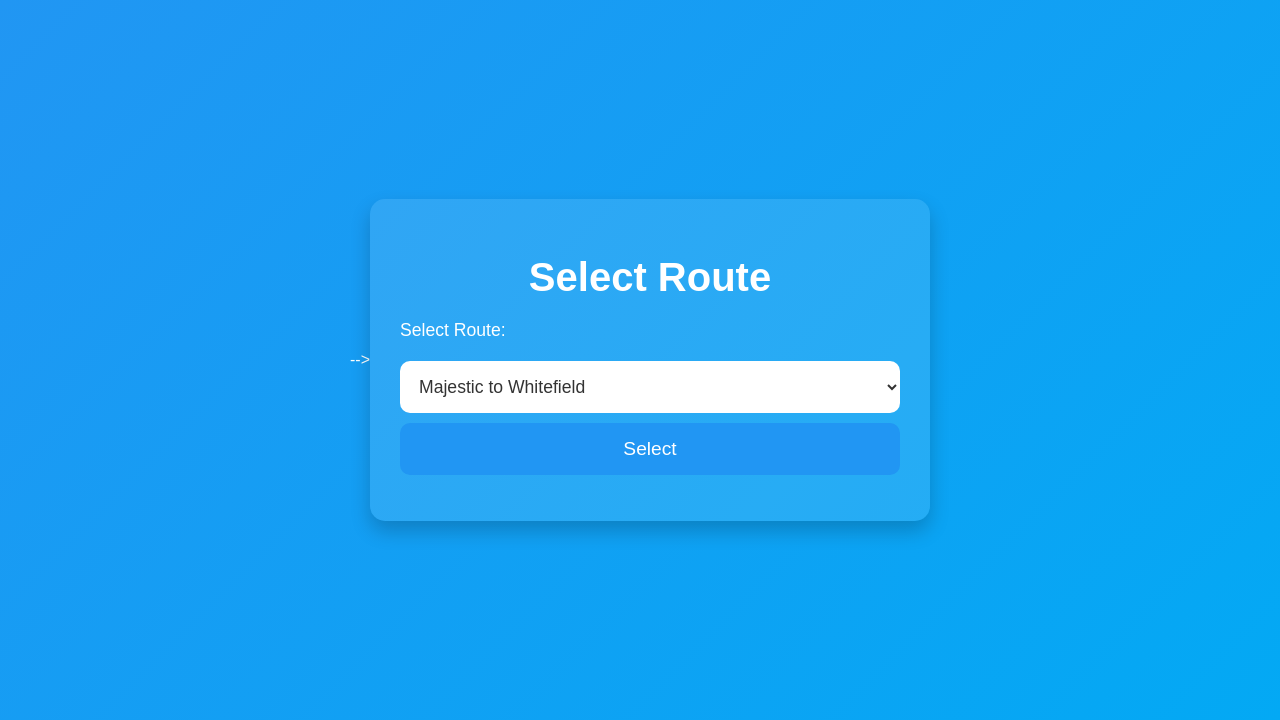
Repository: harutoNaiz/urban-mobility-system
Page: http://localhost/select_route
An editor plug-in stored every save of this project. The page is shown before and after a run of saves, followed by the edit.
The browser window is 1280 px wide. The pictures show the whole page.
The page is served by the project's application, run on Flask 3 (app.py). The database holds what the project's SQL file puts in it.

Above is the page before, as saved 2024-11-13 09:03:40.

After the next 2 saves:
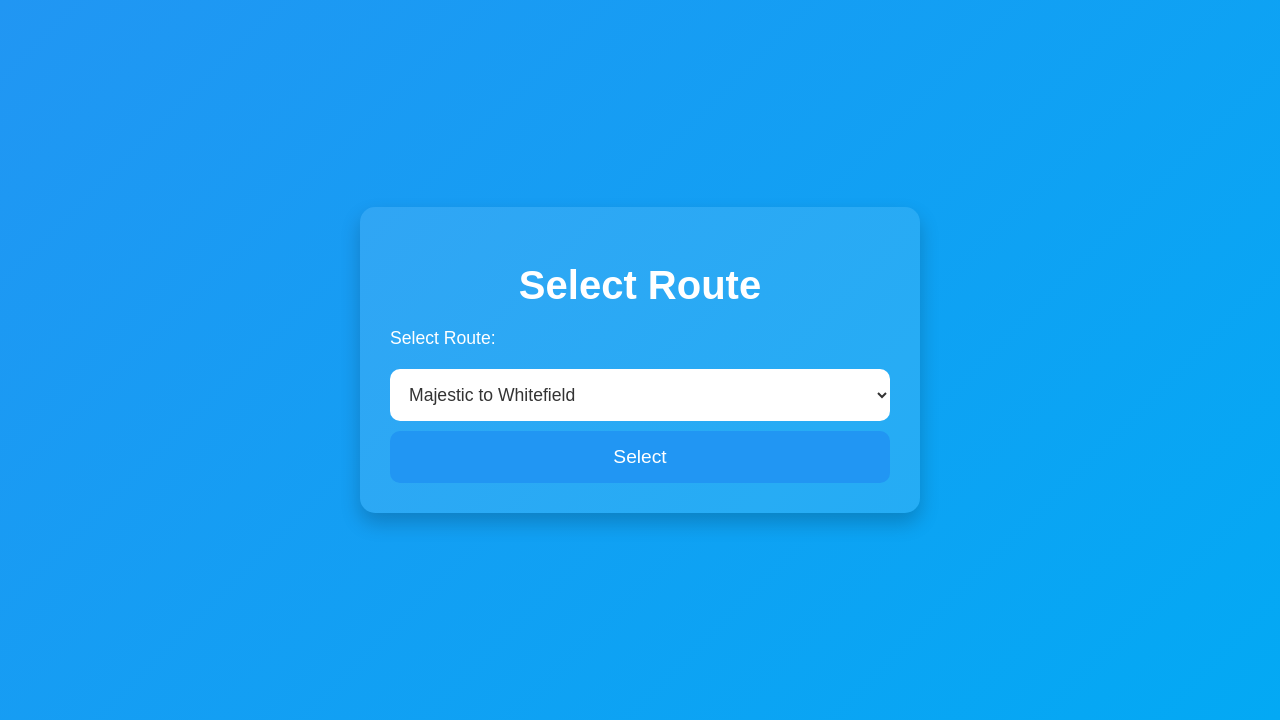
The 2 saves are shown as one change because they came seconds apart.
The last was saved 47 s later.
--- a/templates/select_route.html
+++ b/templates/select_route.html
@@ -1,6 +1,3 @@
--->
-
-
 <!DOCTYPE html>
 <html lang="en">
 <head>
